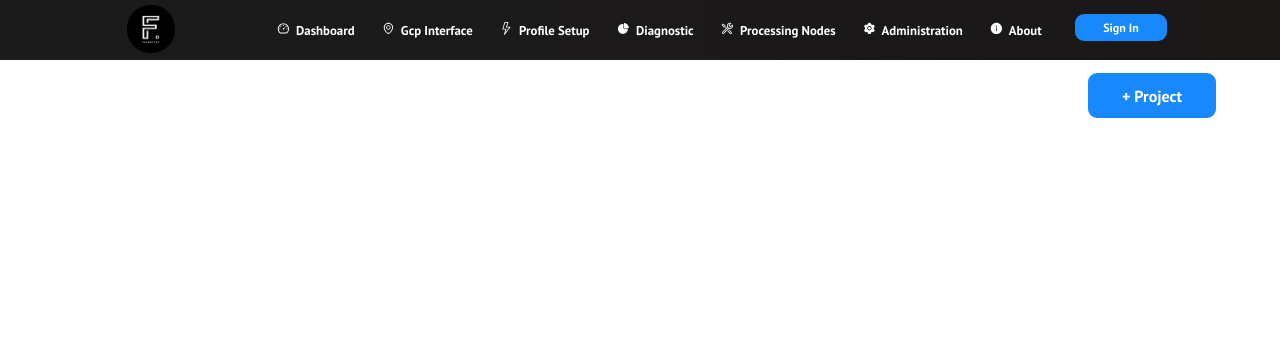
Repository: Akshaykumar1111/akki
Page: /Dashboard
An editor plug-in stored every save of this project. The page is shown before and after the next save, followed by the edit.
The browser window is 1280 px wide. The pictures show the whole page.
Some web libraries are served in a nearby version. The project was rebuilt for these pictures with package versions that can differ from the ones it lists, and the page was loaded fresh each time. Also part of the build but not shown: src/components/pages/Dashboard.css, src/components/pages/Administration.css, src/components/pages/Administration.js, src/components/pages/Diagnostic.js, src/components/pages/ProfileSetup.js, src/components/pages/GcpInterface.js, src/components/pages/ProcessingNodes.js, src/components/pages/About.js and 8 more.

Above is the page before, as saved 2022-10-20 11:15:36.

After the next save:
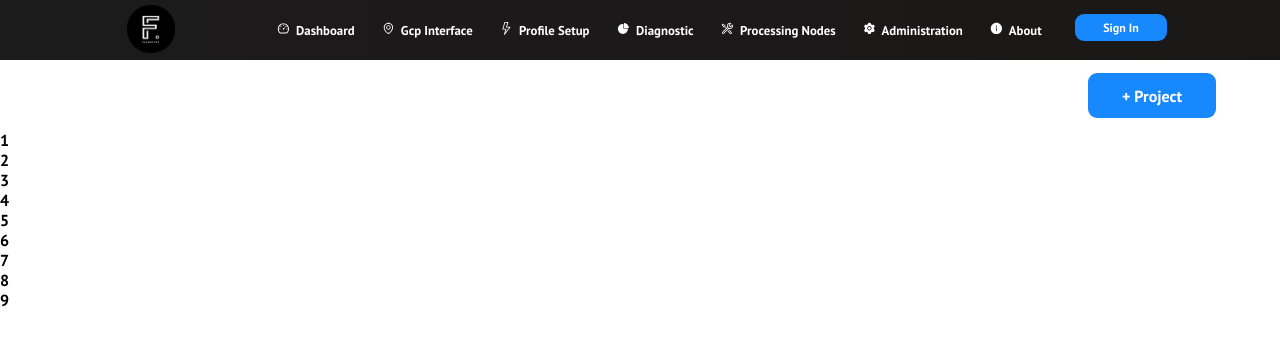
Saved 76 s later.
--- a/src/components/pages/Dashboard.js
+++ b/src/components/pages/Dashboard.js
@@ -7,7 +7,17 @@ import './Dashboard.css';
 export default function Dashboard() {
   return ( <>
   <button type="button" className='btn projectbtn'>+ Project</button>
-
+  <div class="grid-container">
+  <div class="grid-item">1</div>
+  <div class="grid-item">2</div>
+  <div class="grid-item">3</div>
+  <div class="grid-item">4</div>
+  <div class="grid-item">5</div>
+  <div class="grid-item">6</div>
+  <div class="grid-item">7</div>
+  <div class="grid-item">8</div>
+  <div class="grid-item">9</div>
+</div>
   </>
   )
  }
